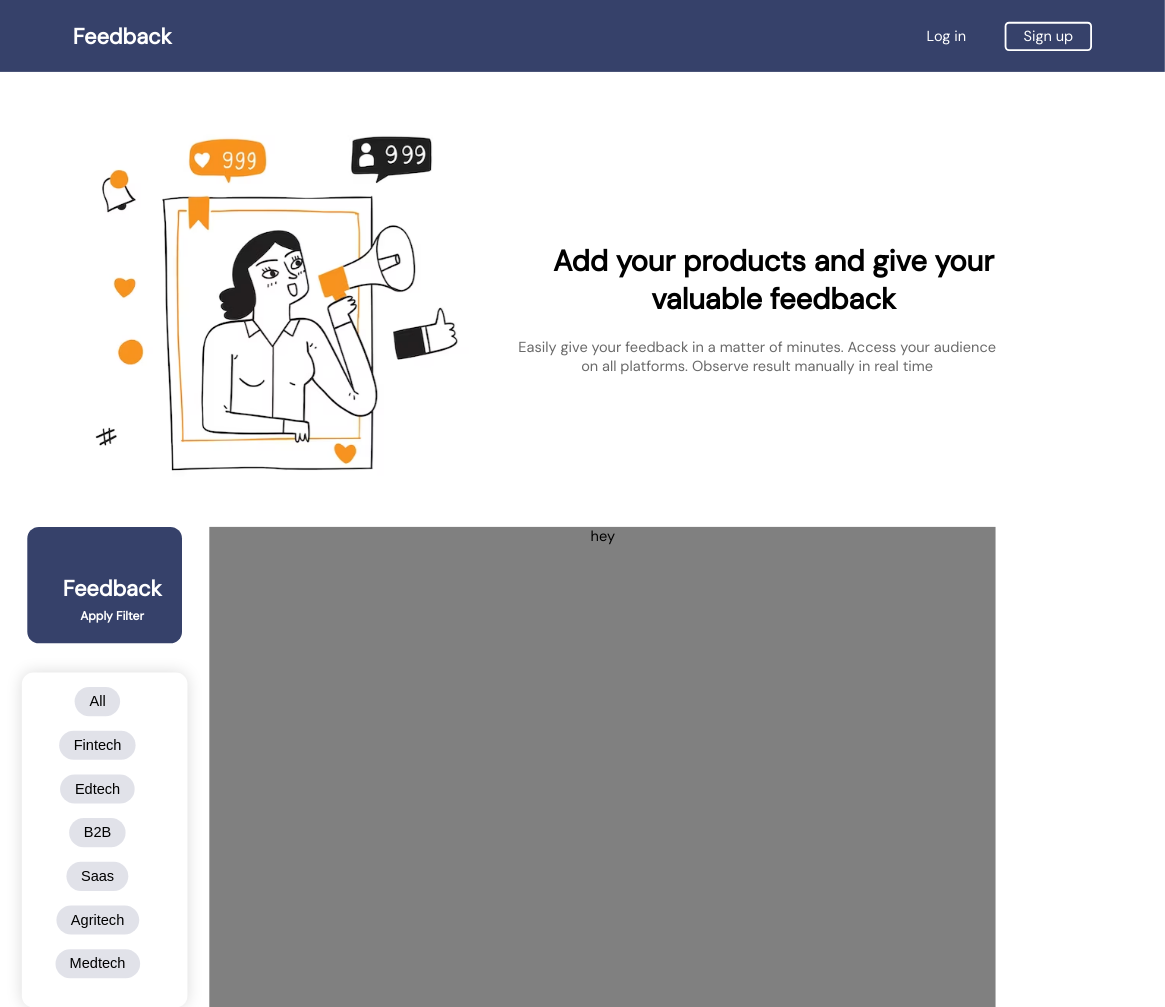
Repository: drumsmanku/final-evaluation-test
Page: / (app in client/)
These files come from the project's save history. The page is drawn as it stood at one moment and after the next save; the edit follows.
The browser window is 1280 px wide. The pictures show the whole page, at 91% of full size.
The page's requests for data from a server got no answer. The project was rebuilt for these pictures with package versions that can differ from the ones it lists, and the page was loaded fresh each time. No one was signed in, and anything a server would have sent is missing.

Above is the page before, as saved 2023-07-29 13:58:02.

### client/src/App.js
import './App.css';
import { BrowserRouter as Router, Route, Routes} from 'react-router-dom';
import MainPage from './Components/MainPage';
function App() {
  return (
    <div className="App">
      <Router>
        <Routes>
          <Route path='/' element={<MainPage/>}/>


        </Routes>
      </Router>
    </div>
  );
}

export default App;

### client/src/Components/MainPage.js
import React, {useState, useEffect} from 'react';
import '../CSS/MainPage.css';
import profile from'../Assets/profilepic.webp';
import img1 from '../Assets/frontphoto.png';
import axios from 'axios';

const buttonTitles=['All', 'Fintech', 'Edtech', 'B2B', 'Saas', 'Agritech', 'Medtech'];
const buttonStyles={
  padding:'0.2rem 1rem 0.2rem 1rem',
  backgroundColor:'#36416A26',
  fontSize:'medium',
  borderRadius:'1rem',
  border:'none',
  margin:'0 1rem 1rem 0',
  height:'2rem',
  textAlign:'center',
}

function MainPage() {
  const [categorySet, setCategorySet]=useState([])
  const [isLoggedIn, setIsLoggedIn]=useState(false);
  const [products, setProdcts]=useState([])
  useEffect(()=>{
    const User=localStorage.getItem('user');
    if(User){
      setIsLoggedIn(true);
    }

  }, []);
  const handleLogout=()=>{
    localStorage.removeItem('user');
    setIsLoggedIn(false);
  }
  const handleCategoryClick=(event)=>{
    const currentCat=event.target.value;
    if(!categorySet.includes(currentCat)){
      setCategorySet([...categorySet, event.target.value]);
    }
    else{
      setCategorySet(categorySet.filter(cat=>cat!=currentCat))
    }

  }

  useEffect(()=>{
    const category=categorySet
    axios.get(`http://localhost:4000/get-prods?category=${category.join(',')}`)
    .then((res)=>{setProdcts(res.data.products);console.log(res.data.products)})
    .catch(err=>console.log(err))

  }, [categorySet])

  return (
    <div className='main-container'>
      <div className="main-top-container">
        <div className='navbar' >
          <div style={{display:'flex',width:'100%', justifyContent:' space-between', alignItems:'center',}}>
          <h3 style={{marginLeft:'5rem', color:'white', fontSize:'1.5rem'}}>Feedback</h3>
          <div style={{display:'flex', marginRight:'5rem'}}>
              {isLoggedIn ? (
                <>
                  <button style={{background:'none', fontSize:'large', border:'none', fontFamily:'DM Sans', color:'white'}} onClick={handleLogout}>Logout</button>
                  <span style={{color:'white', fontFamily:'DM Sans', fontSize:'large', display:'flex', alignItems:'center', marginLeft:'1rem'}}>Hello!</span>
                  <img src={profile} alt="" height={50} width={50} style={{borderRadius:'100%', marginLeft:'1rem'}} />
                </>
              ) : (
                <>
                  <button className='btn-main-page-login' type='submit'  >Log in</button>
                  <button type='submit'  className='btn-main-page-register' >Sign up</button>
                </>
              )}
            </div>
          </div>
        </div>
        <div className="title-desc">
          <img src={img1} alt="" height={500} style={{marginLeft:'3rem'}}/>
          <div style={{display:'flex', flexDirection:'column', marginLeft:'2rem'}}>
              <h1 style={{maxWidth:'80%'}}> Add your products and give your valuable feedback</h1>
              <span style={{maxWidth:'75%', color:'#6A6A6A'}}>Easily give your feedback in a matter of minutes. Access your audience on all platforms. Observe result manually in real time</span>
          </div>
        </div>
      </div>
      <div className="main-bottom-container">
        <div className="bottom-left">
          <article style={{backgroundColor:'#36416A', width:'74%', color:'white', paddingTop:'2rem', borderRadius:'0.8rem', marginBottom:'2rem'}}>
            <h2 style={{marginBottom:'0.4rem',marginLeft:'1rem'}}>Feedback</h2>
            <h5 style={{marginTop:0, marginLeft:'1rem'}}>Apply Filter</h5>
          </article>
          <article style={{width:'65%', borderRadius:'0.8rem', padding:'1em', boxShadow:'0 0 17px #00000026',}}>
             {buttonTitles.map((title, idx)=>(
              <button value={title} onClick={handleCategoryClick} style={{...buttonStyles}} key={idx}>{title}</button>
             ))}
          </article>
        </div>
        <div className="bottom-right">
          hey
        </div>
      </div>
    </div>
  )
}

export default MainPage

### client/src/CSS/MainPage.css
@import url('https://fonts.googleapis.com/css2?family=DM+Sans&display=swap');

body{
  font-family: 'DM Sans';
}
.main-container{
  height: 100vh;
  width: 100vw;
  display: flex;
  flex-direction: column;

}
.main-top-container{
  width: 100%;
}
.btn-main-page-login{
  height: 2rem;
  width: 6rem;
  font-weight: 500;
  font-size: medium ;
  background: none;
  border: none;
  border-radius: 0.3rem;
  margin-left: 1rem;
  margin-bottom:0;
  color: white;
  font-family: 'DM Sans';
  cursor: pointer;
}
.btn-main-page-register{
  height: 2rem;
  width: 6rem;
  font-size: medium;
  font-weight: 500;
  background-color: #36416A;
  border: 2px solid white;
  border-radius: 0.3rem;
  margin-left: 1rem;
  margin-bottom:0;
  color: white;
  font-family: 'DM Sans';
  cursor: pointer;
}
.navbar{
  width: 100%;
  background-color: #36416A;
}
.title-desc{
  width: 100%;
  display: flex;
  align-items: center;
  justify-content: space-around;

}
.bottom-left{
  width: 20%;
  display: flex;
  flex-direction: column;
  align-items: center;

}
.bottom-right{
  width: 75%;
  background-color: gray;
}
.main-bottom-container{
  width:90%;
  display: flex;
}
.bottom-top-right{
  width: 100%;
}

Loaded but not shown: client/public/index.html (common file); client/src/index.js (common file); client/src/index.css (common file); client/src/App.css (common file)

After the next save:
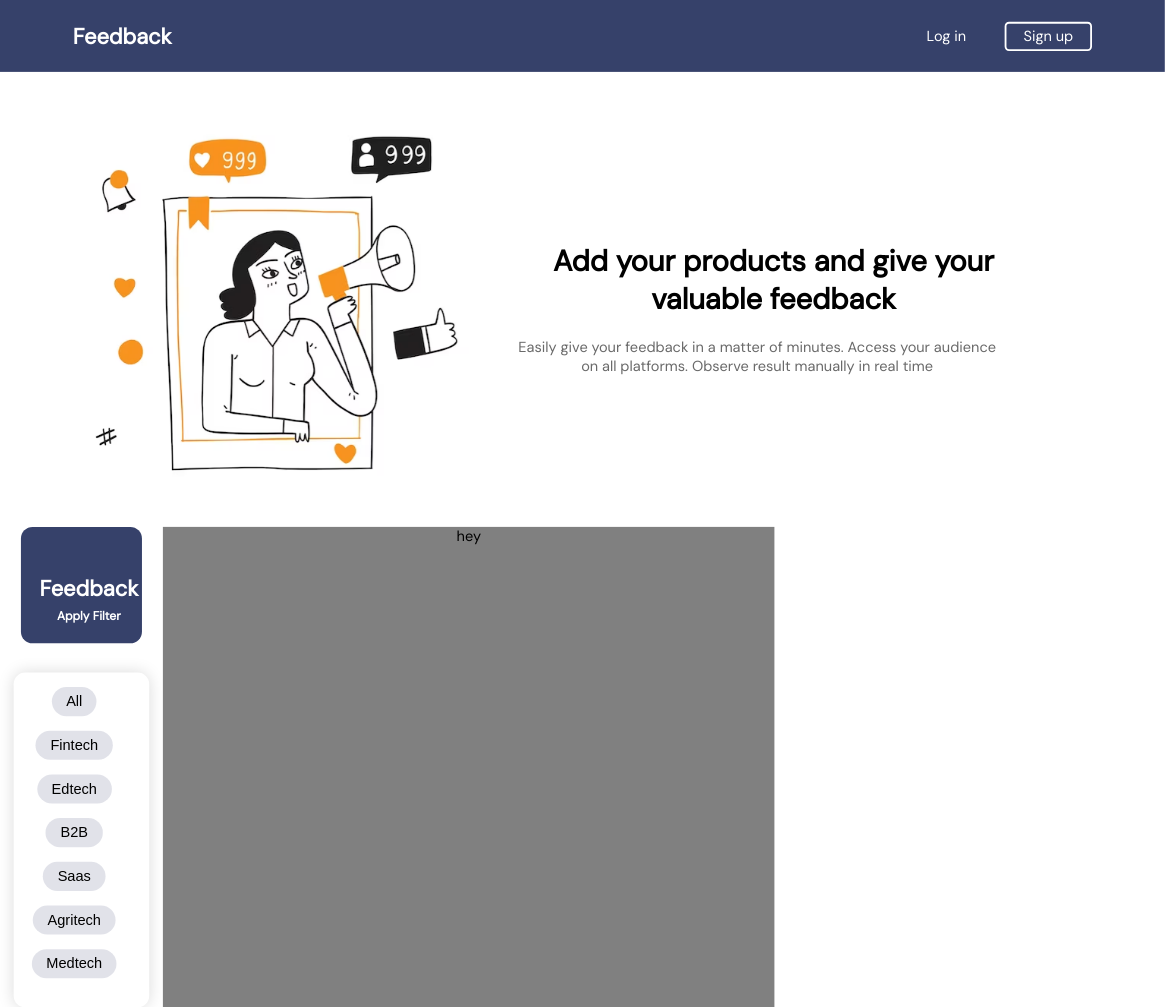
Saved 9 s later.
--- a/client/src/CSS/MainPage.css
+++ b/client/src/CSS/MainPage.css
@@ -64,7 +64,7 @@
   background-color: gray;
 }
 .main-bottom-container{
-  width:90%;
+  width:70%;
   display: flex;
 }
 .bottom-top-right{

After the save that followed:
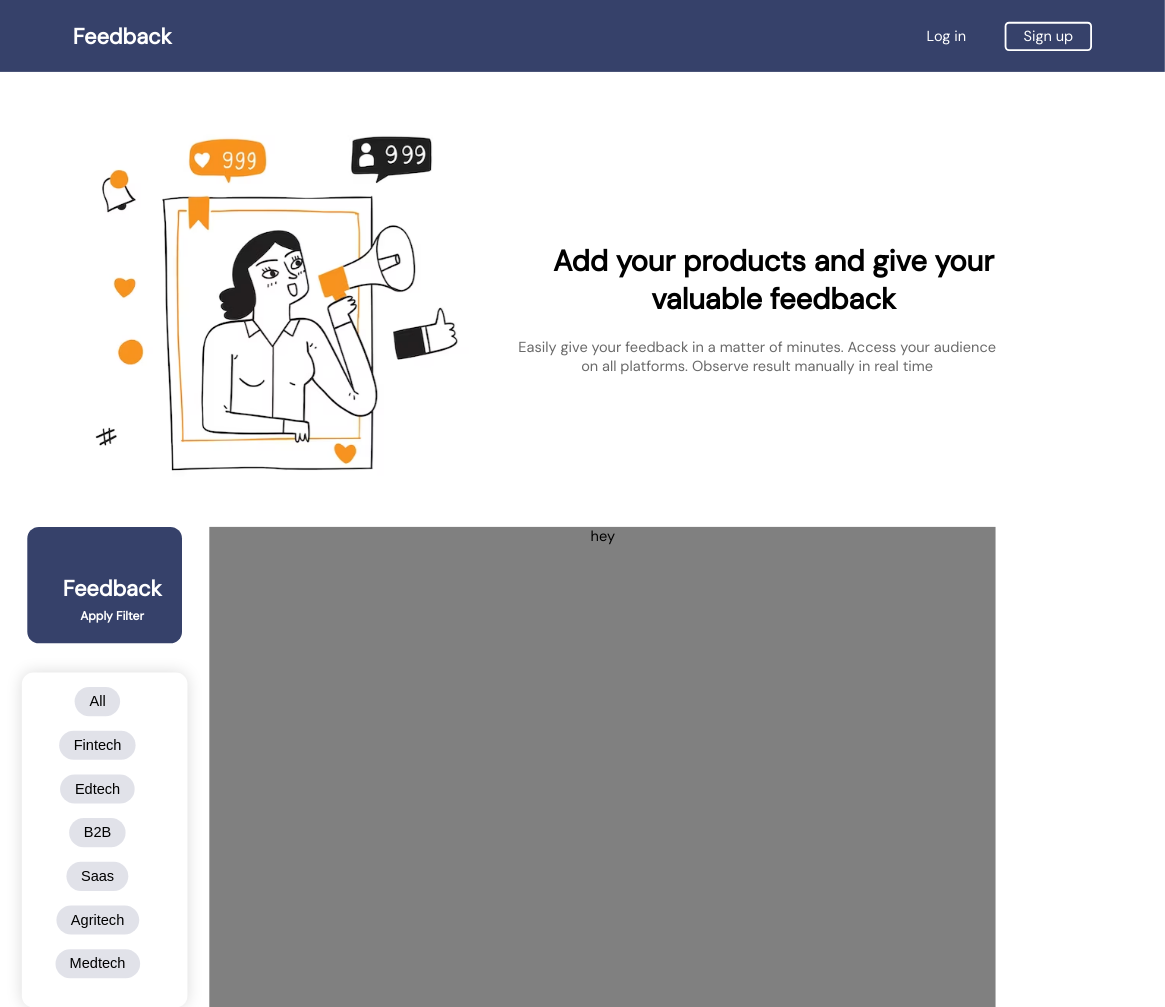
Saved 4 s later.
--- a/client/src/CSS/MainPage.css
+++ b/client/src/CSS/MainPage.css
@@ -64,7 +64,7 @@
   background-color: gray;
 }
 .main-bottom-container{
-  width:70%;
+  width:90%;
   display: flex;
 }
 .bottom-top-right{
